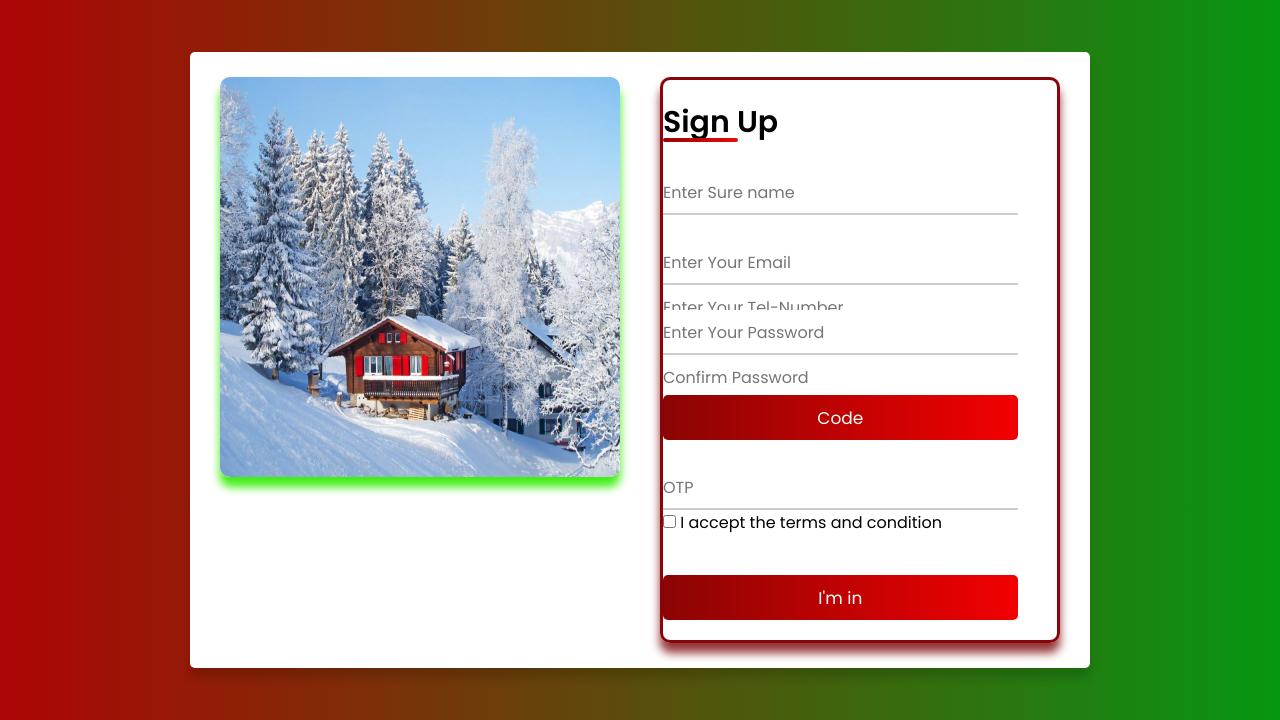
Repository: dev-ashik/Halloween
Page: Reg Page/Index.html
The author's editor kept a copy of each file at every save. The page is drawn from the files as they stood at one save, then again after the next save.
The browser window is 1280 px wide. The pictures show the whole page.

Above is the page before, as saved 2021-12-21 22:21:04.

After the next save:
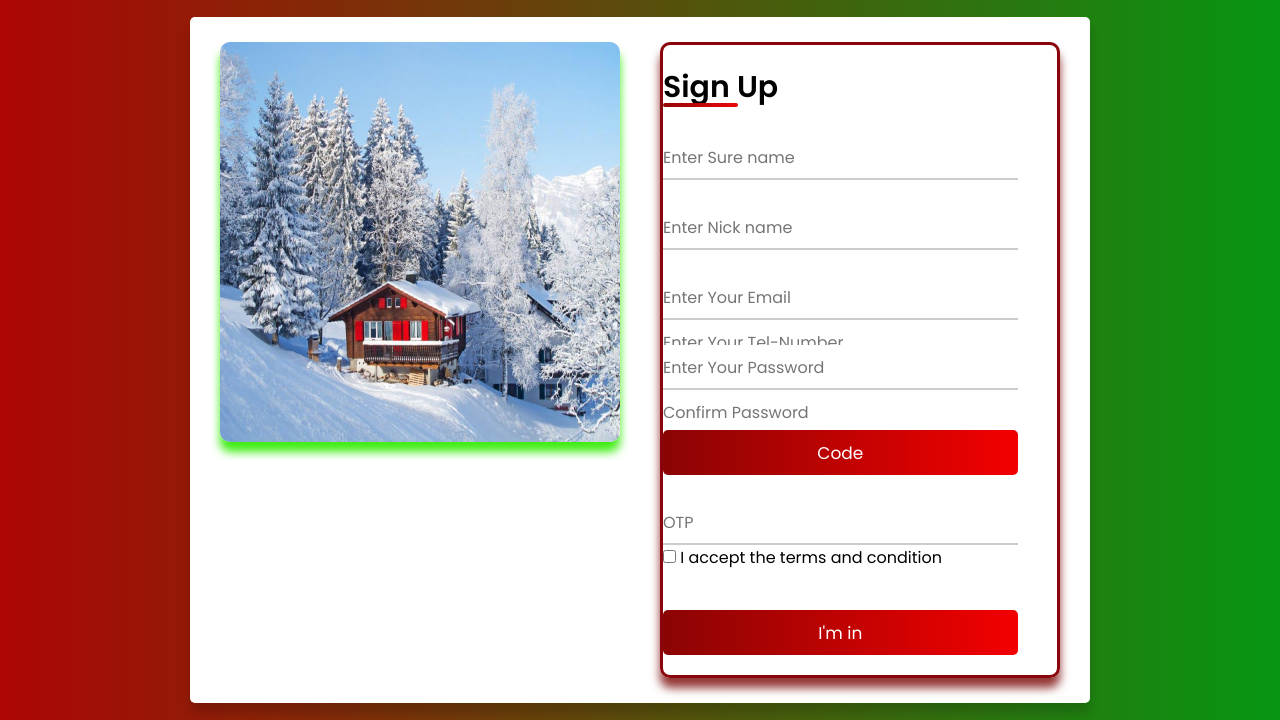
Saved 10 s later.
--- a/Reg Page/Index.html
+++ b/Reg Page/Index.html
@@ -19,6 +19,9 @@
                 <div class="title">Sign Up</div>
                 <div class="box">
                     <input type="text" placeholder="Enter Sure name" id="fn" required>
+                    <div class="underline"></div>
+                </div>
+                <div class="box"> <input type="text" placeholder="Enter Nick name" id="ln" required>
                     <div class="underline"></div>
                 </div>
                 <div class="box underline">
